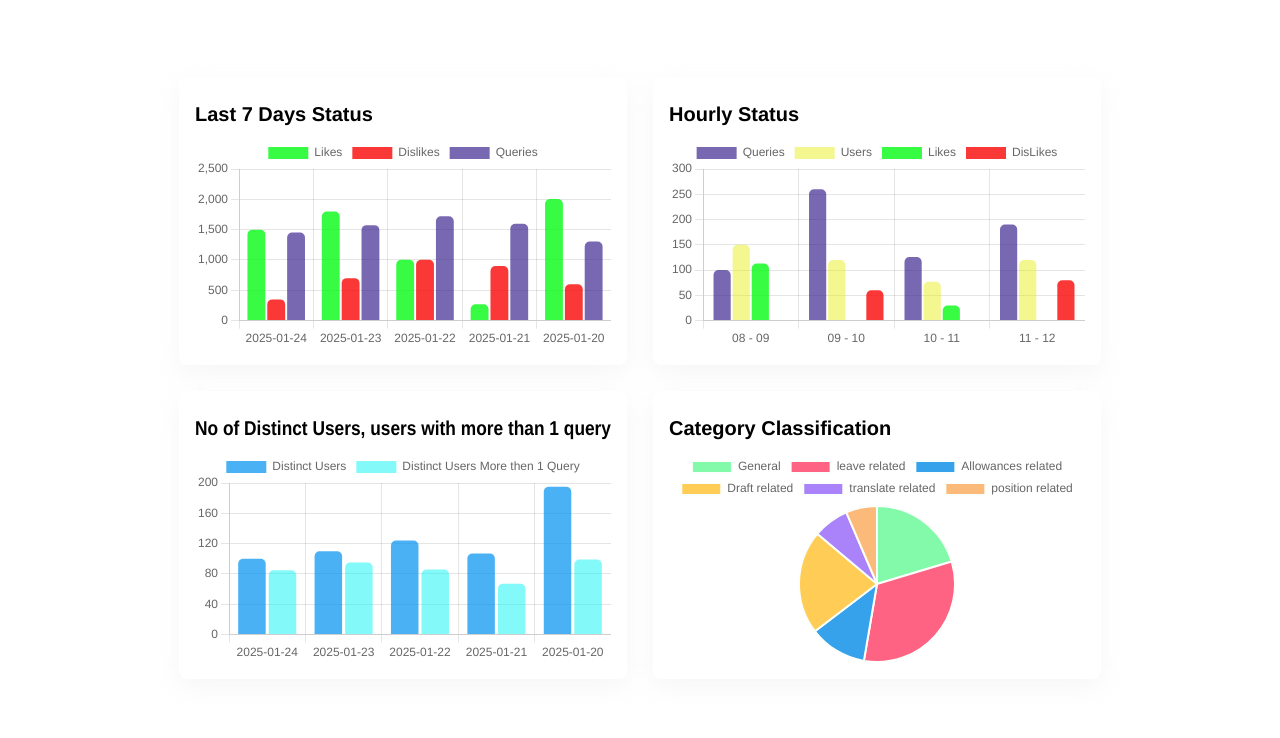
Repository: NAGARAJ-DEVELOPER/Dashboard
Page: /
An editor plug-in stored every save of this project. The page is shown before and after the next save, followed by the edit.
The browser window is 1280 px wide. The pictures show the whole page.
The project was rebuilt for these pictures with package versions that can differ from the ones it lists, and the page was loaded fresh each time. Also part of the build but not shown: vite.config.js.

Above is the page before, as saved 2025-02-12 00:55:37.

### src/App.jsx
import React from "react";
import { Chart as ChartJS, defaults } from "chart.js/auto";
import { Bar, Doughnut, Line, Pie } from "react-chartjs-2";

import "./App.css";


import sourceData from "./data/sourceData.json";
import Week from "./data/7days.json";
import toady from "./data/Today.json";
import user from "./data/Users.json";
import category from "./data/Category.json";

defaults.maintainAspectRatio = false;
defaults.responsive = true;

defaults.plugins.title.display = true;
defaults.plugins.title.align = "start";
defaults.plugins.title.font.size = 20;
defaults.plugins.title.color = "black";

export const App = () => {


  return (
   <>
   <div>
    <br></br>
   </div>
    <div className="App">

        <div className="dataCard categoryCard">
        <Bar
          data={{
            labels: Week.map((data) => data.DATE1),
            datasets: [
              {
                label: "Likes",
                data: Week.map((data) => data.number_of_likes),
                backgroundColor: [
             "rgba(7, 250, 20, 0.8)",
                ],
                borderRadius: 5,
              },
              {
                label: "Dislikes",
                data: Week.map((data) => data.number_of_dislikes),
                backgroundColor: [

                  "rgba(250, 7, 7, 0.8)",

                ],
                borderRadius: 5,
              },
              {
                label: "Queries",
                data: Week.map((data) => data.number_of_ques),
                backgroundColor: [
                  "rgba(63, 40, 145, 0.7)",
                ],
                borderRadius: 5,
              },
            ],
          }}
          options={{
            plugins: {
              title: {
                text: "Last 7 Days Status",
              },
            },
          }}
        />
      </div>


      <div className="dataCard categoryCard">
        <Bar
          data={{
            labels: toady.map((data) => data.B_TIME),
            datasets: [
              {
                label: "Queries",
                data: toady.map((data) => data.C_Questions),
                backgroundColor: [
                  "rgba(63, 40, 145, 0.7)",
                ],
                borderRadius: 5,
              },
              {
                label: "Users",
                data: toady.map((data) => data.D_Users),
                backgroundColor: [

                  "rgba(231, 235, 8, 0.45)",

                ],
                borderRadius: 5,
              },
              {
                label: "Likes",
                data: toady.map((data) => data.F_Likes),
                backgroundColor: [
                  "rgba(7, 250, 20, 0.8)",
                ],
                borderRadius: 5,
              },
              {
                label: "DisLikes",
                data: toady.map((data) => data.Dis_Likes),
                backgroundColor: [
                  "rgba(250, 7, 7, 0.8)",
                ],
                borderRadius: 5,
              },
            ],
          }}
          options={{
            plugins: {
              title: {
                text: "Hourly Status",
              },
            },
          }}
        />
      </div>


      <div className="dataCard categoryCard">
        <Bar
          data={{
            labels: user.map((data) => data.DATE1),
            datasets: [
              {
                label: "Distinct Users",
                data: user.map((data) => data.number_of_distinct_users),
                backgroundColor: 'rgba(9, 149, 241, 0.73)',
                borderRadius: 5,
              },
              {
                label: "Distinct Users More then 1 Query",
                data: user.map((data) => data.Distinct_Users_more_1query),
                backgroundColor:'rgba(10, 243, 243, 0.5)',
                borderRadius: 5,
              },
            ],
          }}
          options={{
            plugins: {
              title: {
                text: "No of Distinct Users, users with more than 1 query",
              },
            },
          }}
        />
      </div>


      <div className="dataCard categoryCard">
        <Pie
          data={{
            labels: category.map((data) => data.category),
            datasets: [
              {
                label: "Count",
                data: category.map((data) => data.COUNT_CAT),
                backgroundColor: [
                  'rgba(7, 245, 86, 0.5)',
         'rgb(255, 99, 132)',
      'rgb(54, 162, 235)',
      'rgb(255, 205, 86)',
        'rgba(86, 6, 245, 0.5)',
        'rgba(247, 129, 11, 0.55)',
                ],
                borderColor: [
                  'rgb(250, 255, 251)',
                  'rgb(250, 255, 251)',
                  'rgb(250, 255, 251)',
                  'rgb(250, 255, 251)',
                  'rgb(250, 255, 251)',
                  'rgb(250, 255, 251)',
                ],animation :Pie,
              },
            ],
          }}
          options={{
            plugins: {
              title: {
                text: "Category Classification",
              },
            },
          }}
        />
      </div>
    </div>
    </>
  );
};

### src/App.css
.App {
  height: 100vh;
  width: 100%;
  display: flex;
  flex-direction: row;
  align-items: center;
  justify-content: center;
  align-content: center;
  gap: 2vw;
  flex-wrap: wrap;
  background-color: #ffffff;
  overflow: auto;
}

.dotted {
  border-top: 20px dotted #0a0a0a;
}
.vl {
  border-left: 2px dashed rgb(8, 8, 8);
  height: 98%;
  position: absolute;
  left: 49%;
  margin-left: -3px;
  top: 0;
}
.dataCard {
  background-color: #ffffff;
  border-radius: 0.5em;
  box-shadow: rgba(208, 210, 218, 0.2) 0px 8px 24px;
  padding: 1em;
}

.revenueCard {
  width: 92%;
  height: 20rem;
}

.customerCard {
  width: 50%;
  height: 20rem;
}

.categoryCard {
  width: 35%;
  height: 18rem;
}

### src/data/sourceData.json
[
  {
    "label": "Queries",
    "value": 327787
  },
  {
    "label": "Likes",
    "value": 45877
  },
  {
    "label": "Dislikes",
    "value": 238787
  }
]

### src/data/7days.json
[
    {  "DATE1": "2025-01-24", "number_of_dislikes": 350, "number_of_likes": 1500,  "number_of_ques": 1452 },
    {  "DATE1": "2025-01-23", "number_of_dislikes": 700, "number_of_likes": 1800,  "number_of_ques": 1574 },
    {  "DATE1": "2025-01-22", "number_of_dislikes": 1003, "number_of_likes": 1005,  "number_of_ques": 1720 },
    {  "DATE1": "2025-01-21", "number_of_dislikes": 900, "number_of_likes": 270,  "number_of_ques": 1596 },
    {  "DATE1": "2025-01-20", "number_of_dislikes": 600, "number_of_likes": 2005,  "number_of_ques": 1304 }
  ]

### src/data/Today.json
[
  { "A_DATE": "2025-01-27", "B_TIME": "08 - 09", "C_Questions": 100, "D_Users": 150 ,"F_Likes": 113},
  { "A_DATE": "2025-01-27",  "B_TIME": "09 - 10", "C_Questions": 260, "D_Users": 120,"Dis_Likes":60},
  { "A_DATE": "2025-01-27", "B_TIME": "10 - 11", "C_Questions": 126, "D_Users": 77, "F_Likes": 30 },
  { "A_DATE": "2025-01-27", "B_TIME": "11 - 12", "C_Questions": 190, "D_Users": 120,"Dis_Likes":80 }
]

### src/data/Users.json
[
  {  "DATE1": "2025-01-24", "number_of_distinct_users": 100, "Distinct_Users_more_1query": 85 },
  {  "DATE1": "2025-01-23", "number_of_distinct_users": 110, "Distinct_Users_more_1query": 95 },
  {  "DATE1": "2025-01-22", "number_of_distinct_users": 124, "Distinct_Users_more_1query": 86  },
  {  "DATE1": "2025-01-21", "number_of_distinct_users": 107, "Distinct_Users_more_1query": 67  },
  {  "DATE1": "2025-01-20", "number_of_distinct_users": 195, "Distinct_Users_more_1query": 99  }
]

### src/data/Category.json
[
  { "category": "General", "COUNT_CAT": 2434 },
  { "category": "leave related", "COUNT_CAT": 3870 },
  { "category": "Allowances related", "COUNT_CAT": 1430 },
  { "category": "Draft related", "COUNT_CAT": 2569 },
  { "category": "translate related", "COUNT_CAT": 891 },
  { "category": "position related", "COUNT_CAT": 770 }
]

Loaded but not shown: index.html (common file); src/main.jsx (common file); src/index.css (common file)

After the next save:
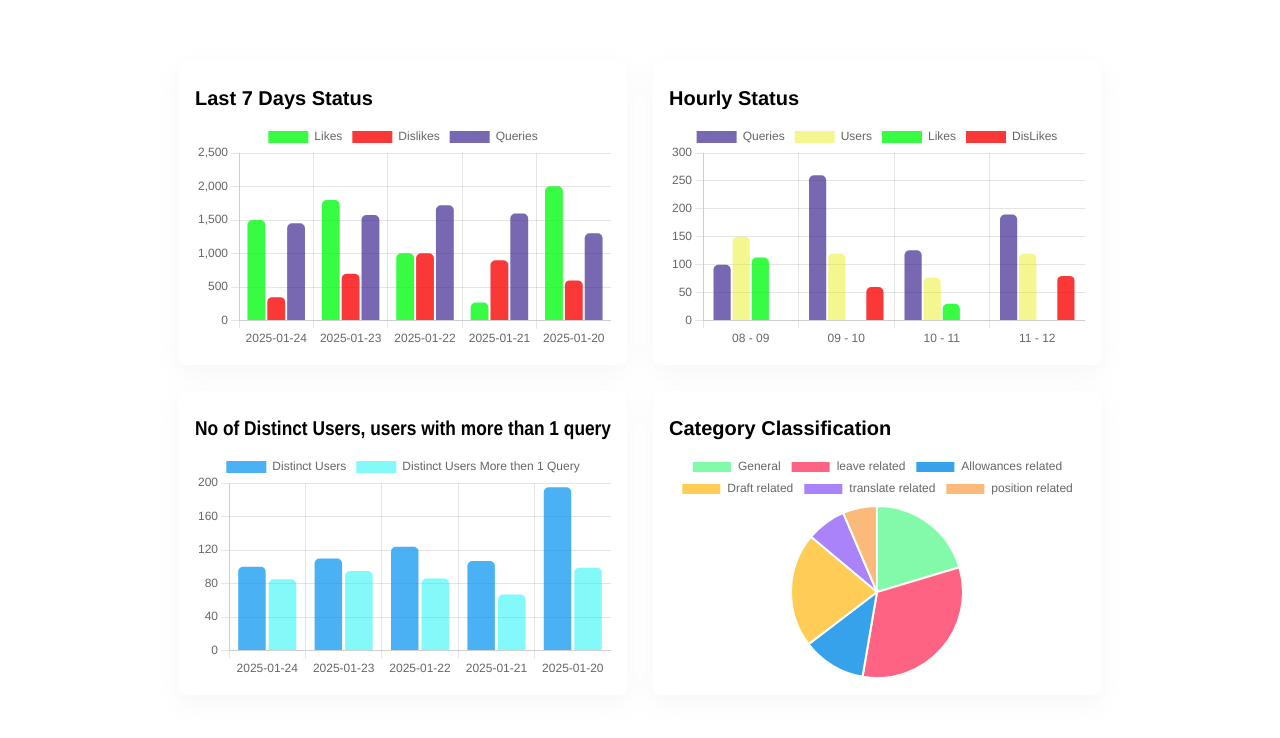
Saved 10 s later.
--- a/src/App.css
+++ b/src/App.css
@@ -42,5 +42,5 @@
 
 .categoryCard {
   width: 35%;
-  height: 18rem;
+  height: 19rem;
 }
